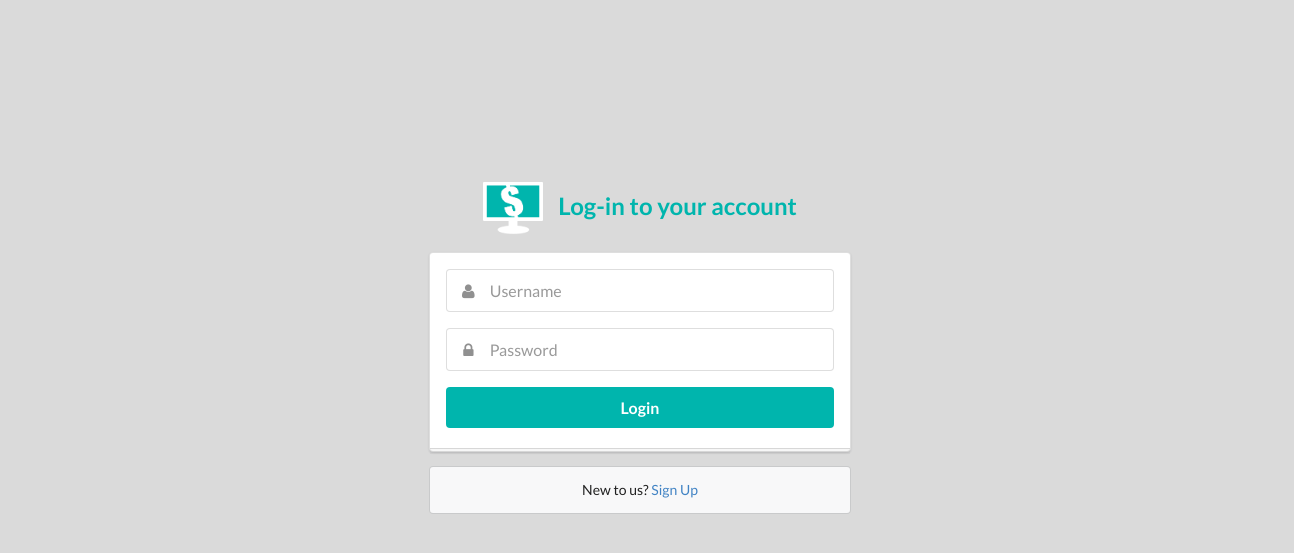
Repository: TV5/MoneyTor
Page: Workspace/MoneyTor/war/login.html
The author's editor kept a copy of each file at every save. The page is drawn from the files as they stood at one save, then again after the next save.
The browser window is 1280 px wide. The page is 1294 px wide, so the pictures cover 1294 px, including what lies to the right of the window. The pictures show the whole page.

Above is the page before, as saved 2015-08-18 08:57:02.

After the next save:
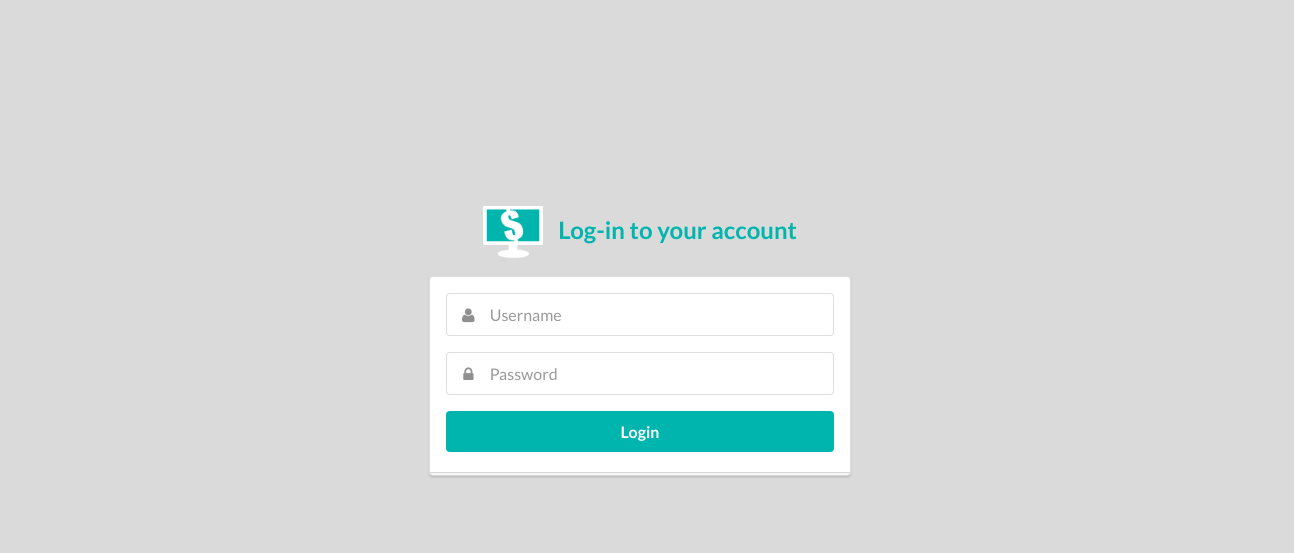
Saved 6 s later.
--- a/Workspace/MoneyTor/war/login.html
+++ b/Workspace/MoneyTor/war/login.html
@@ -114,9 +114,6 @@
 
     </form>
 
-    <div class="ui message">
-      New to us? <a href="#">Sign Up</a>
-    </div>
   </div>
 </div>
 
